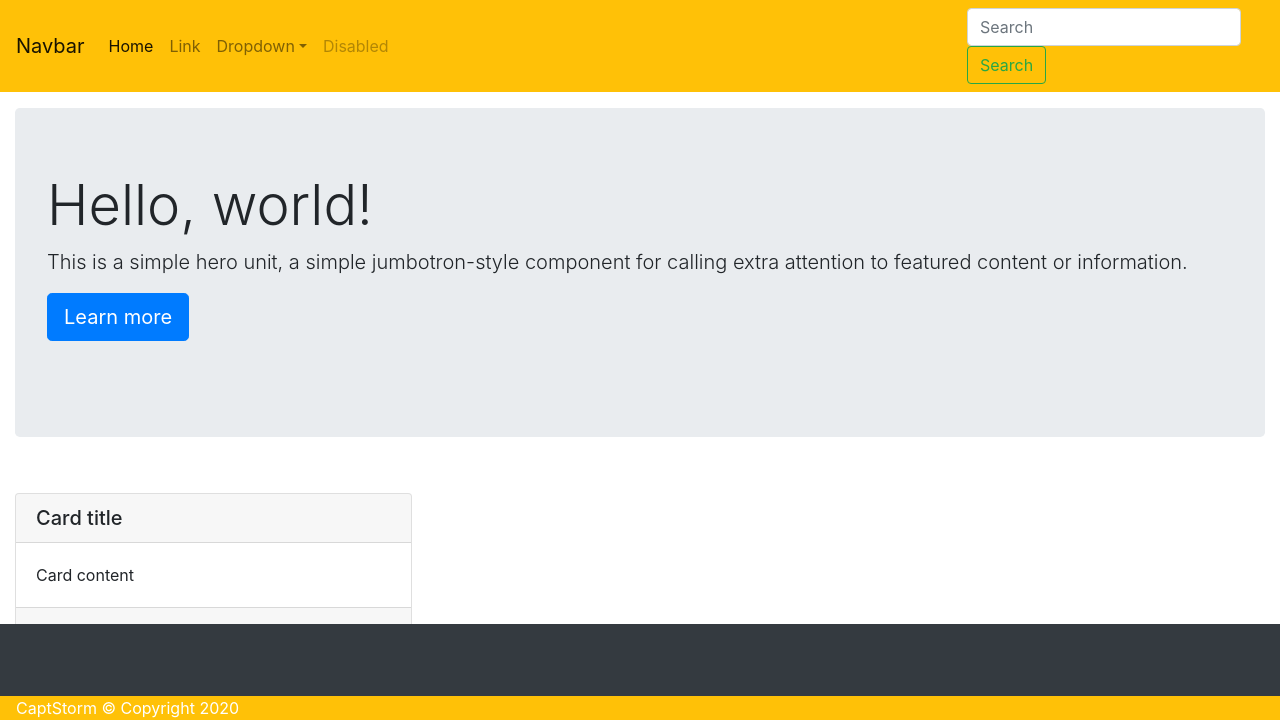
Repository: CaptainStorm21/complete-react16-bootstrap-passing-props
Page: /
The author's editor kept a copy of each file at every save. The page is drawn from the files as they stood at one save, then again after the next save.
The browser window is 1280 px wide. The pictures show the whole page.
The project was rebuilt for these pictures with package versions that can differ from the ones it lists, and the page was loaded fresh each time.

Above is the page before, as saved 2020-04-23 14:21:35.

### public/index.html
<!DOCTYPE html>
<html lang="en">
<head>
  <title>Bootstrap Example</title>
  <meta charset="utf-8">
  <meta name="viewport" content="width=device-width, initial-scale=1">
  <link rel="stylesheet" href="https://maxcdn.bootstrapcdn.com/bootstrap/4.4.1/css/bootstrap.min.css">
  <script src="https://ajax.googleapis.com/ajax/libs/jquery/3.4.1/jquery.min.js"></script>
  <script src="https://cdnjs.cloudflare.com/ajax/libs/popper.js/1.16.0/umd/popper.min.js"></script>
  <script src="https://maxcdn.bootstrapcdn.com/bootstrap/4.4.1/js/bootstrap.min.js"></script>
</head>
<body>
<div id="root"></div>

</body>
</html>

### src/index.js
import React from 'react';
import ReactDOM from 'react-dom';
import './style.css';
import App from './App';
import * as serviceWorker from './serviceWorker';


ReactDOM.render(
  <React.StrictMode>
    <App />
  </React.StrictMode>,
  document.getElementById('root')
);

// If you want your app to work offline and load faster, you can change
// unregister() to register() below. Note this comes with some pitfalls.
// Learn more about service workers: https://bit.ly/CRA-PWA
serviceWorker.unregister();

### src/style.css




body {
  margin: 0;
  font-family: -apple-system, BlinkMacSystemFont, 'Segoe UI', 'Roboto', 'Oxygen',
    'Ubuntu', 'Cantarell', 'Fira Sans', 'Droid Sans', 'Helvetica Neue',
    sans-serif;
  -webkit-font-smoothing: antialiased;
  -moz-osx-font-smoothing: grayscale;
}

.footer {
  position: absolute;
  bottom: 0;
  width: 100%;
  height: 60px; /* Set the fixed height of the footer here */
  line-height: 60px; /* Vertically center the text there */
  background-color: purple;
}

### src/App.js
import React from "react";
import Main from "./components/Main";
import ContanerCard from "./components/ContainerCard";

import Header from "./components/layout/Header";
import Footer from "./components/layout/Footer";

function App() {
  return (
    <div>
      <Header />
      <div classNameName="container-fluid">
        <div className="col-lg-12 py-3">
          <Main />
        </div>
        <div className="container-fluid">
          <div className="row">
            <ContanerCard />
          </div>
        </div>
        <Footer />
      </div>
    </div>
  );
}

export default App;

### src/components/Main.js
import React from "react";

function Main() {
  return (
    <div className="jumbotron">
      <h1 className="display-4">Hello, world!</h1>
      <p className="lead">
        This is a simple hero unit, a simple jumbotron-style component for
        calling extra attention to featured content or information.
        <p className = "py-3">
        <a className="btn btn-primary btn-lg" href="#" role="button">
          Learn more
        </a>
        </p>
      </p>
    </div>
  );
}

export default Main;

### src/components/ContainerCard.js
import React from "react";

function ContainerCard() {
  return (
    <div className="col-md-4 col-lg-4 py-2">
    <div className="card">
      <h5 className="card-header">Card title</h5>
      <div className="card-body">
        <p className="card-text">Card content</p>
      </div>
      <div className="card-footer">Card footer</div>
    </div>
    </div>
  );
}

export default ContainerCard;

### src/components/layout/Header.js
import React from "react";
import Navbar from "./Navbar";

function Header() {
  return (
    <nav className="navbar navbar-expand-lg navbar-light bg-warning">
              <Navbar />
    </nav>
  );
}

export default Header;

### src/components/layout/Footer.js
import React from "react";

function Footer() {
  return (
    <footer className="bg-dark py-5 fixed-bottom ">
      <div className="container"></div>
      <div className="container-fluid">
        <div className="row bg-info">
        <div className="bg-warning fixed-bottom">
          <span className="p-3 text-white">
            CaptStorm &copy; Copyright 2020
          </span>
        </div>        </div>
      </div>
    </footer>
  );
}

export default Footer;

### src/components/layout/Navbar.js
import React from "react";
import "./Nav.css";

function Navbar() {
  return (
    <>
   <a className="navbar-brand" href="/">Navbar</a>
        <button className="navbar-toggler" type="button" data-toggle="collapse" data-target="#navbarSupportedContent" aria-controls="navbarSupportedContent" aria-expanded="false" aria-label="Toggle navigation">
          <span className="navbar-toggler-icon"></span>
        </button>

        <div className="collapse navbar-collapse" id="navbarSupportedContent">
          <ul className="navbar-nav mr-auto">
            <li className="nav-item active">
              <a className="nav-link" href="/">Home <span className="sr-only">(current)</span></a>
            </li>
            <li className="nav-item">
              <a className="nav-link" href="/">Link</a>
            </li>
            <li className="nav-item dropdown">
              <a className="nav-link dropdown-toggle" href="/" id="navbarDropdown" role="button" data-toggle="dropdown" aria-haspopup="true" aria-expanded="false">
                Dropdown
              </a>
              <div className="dropdown-menu" aria-labelledby="navbarDropdown">
                <a className="dropdown-item" href="/">Action</a>
                <a className="dropdown-item" href="/">Another action</a>
                <div className="dropdown-divider"></div>
                <a className="dropdown-item" href="/">Something else here</a>
              </div>
            </li>
            <li className="nav-item">
              <a className="nav-link disabled" href="/">Disabled</a>
            </li>
          </ul>
          <div className = "pull-right">
          <form className="form-inline  col-2">
            <input className="form-control mr-sm-2" type="search" placeholder="Search" aria-label="Search" />
            <button className="btn btn-outline-success my-2 my-sm-0" type="submit">Search</button>
          </form></div>
        </div>
  </>
)
}

export default Navbar;

### src/components/layout/Nav.css
@media (min-width: 768px) {
    .navbar-nav {
      width: 100%;
      text-align: center;
    }
    .navbar-nav > li {
      float: none;
      display: inline-block;
    }
    .navbar-nav > li.navbar-right {
      float: right !important;
    }
  }

Loaded but not shown: src/serviceWorker.js (common file)

After the next save:
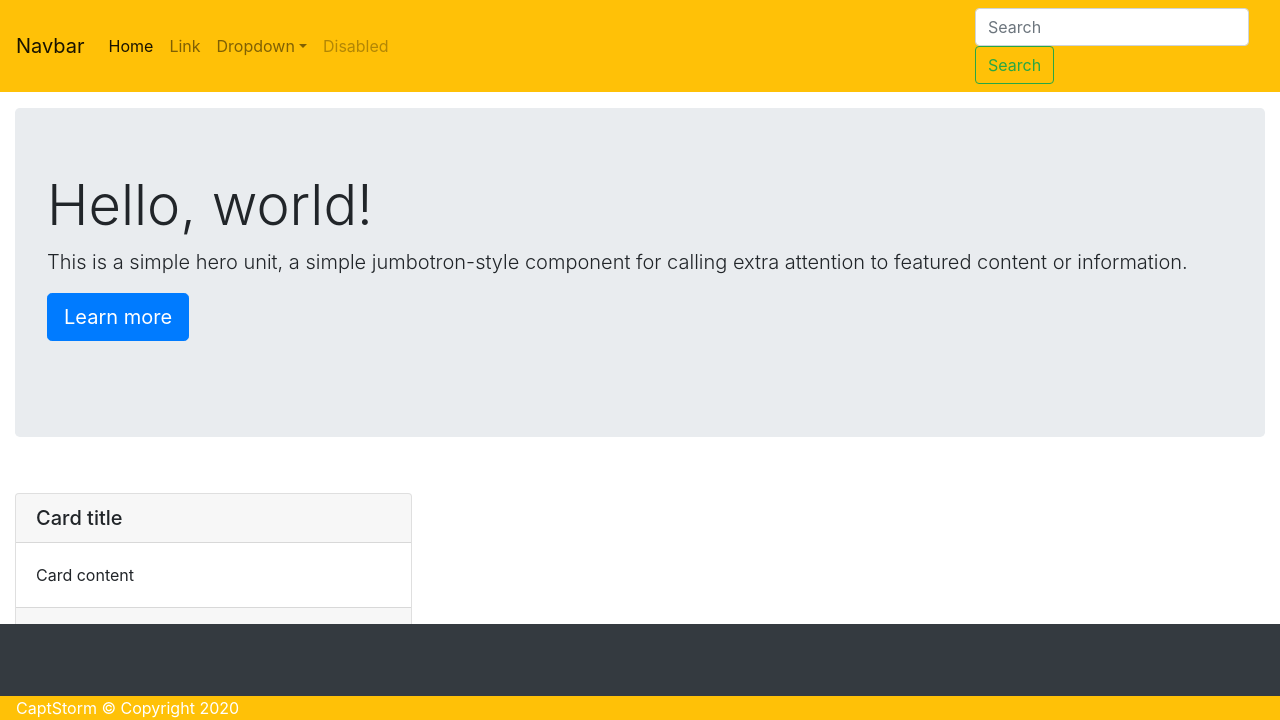
Saved 13 s later.
--- a/src/components/layout/Navbar.js
+++ b/src/components/layout/Navbar.js
@@ -34,7 +34,7 @@ function Navbar() {
           </ul>
           <div className = "pull-right">
           <form className="form-inline  col-2">
-            <input className="form-control mr-sm-2" type="search" placeholder="Search" aria-label="Search" />
+            <input className="form-control " type="search" placeholder="Search" aria-label="Search" />
             <button className="btn btn-outline-success my-2 my-sm-0" type="submit">Search</button>
           </form></div>
         </div>
